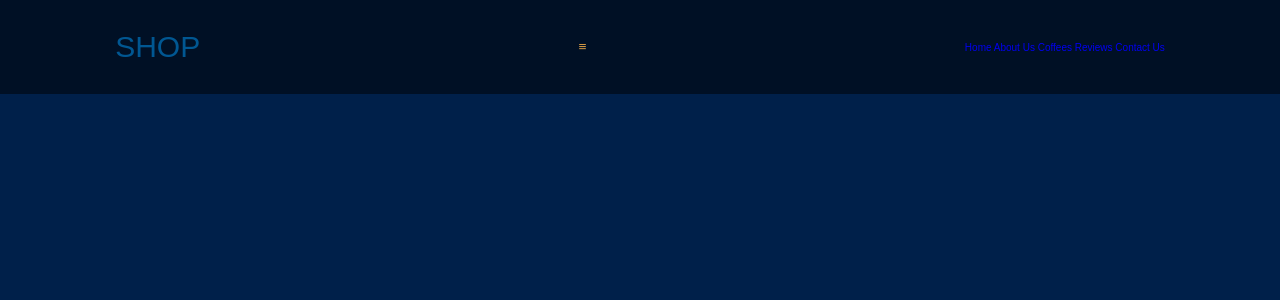
Repository: ntandomagana/Coffee-Shop
Page: index.html
An editor plug-in stored every save of this project. The page is shown before and after a run of saves, followed by the edit.
The browser window is 1280 px wide. The pictures show the whole page.

Above is the page before, as saved 2024-04-10 13:43:00.

After the next 2 saves:
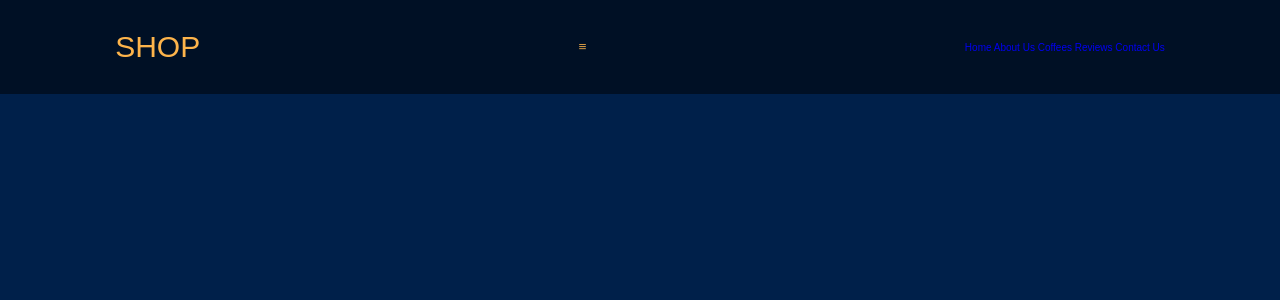
The 2 saves are shown as one change because they came seconds apart.
The last was saved 7 s later.
--- a/style.css
+++ b/style.css
@@ -42,5 +42,5 @@
 
 .logo {
     font-size: 3rem;
-    color: var(--text-color);
+    color: var(--extra-color);
 }
